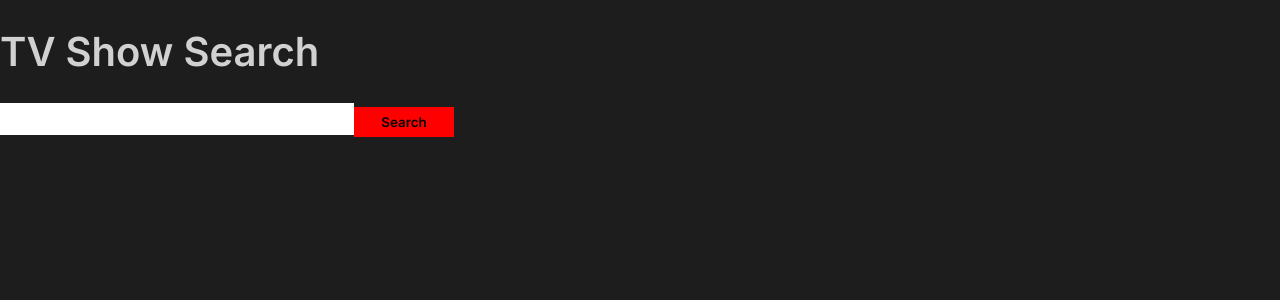
Repository: shayanabedi98/tv-search-react
Page: /
These files come from the project's save history. The page is drawn as it stood at one moment and after a run of saves; the edit follows.
The browser window is 1280 px wide. The pictures show the whole page.
The project was rebuilt for these pictures with package versions that can differ from the ones it lists, and the page was loaded fresh each time. Also part of the build but not shown: vite.config.js.

Above is the page before, as saved 2024-01-02 02:30:08.

### index.html
<!doctype html>
<html lang="en">
  <head>
    <meta charset="UTF-8" />
    <link rel="icon" type="image/svg+xml" href="https://www.svgrepo.com/show/503669/tv.svg" />
    <meta name="viewport" content="width=device-width, initial-scale=1.0" />
    <title>TV Show Search | React</title>
  </head>
  <body>
    <div id="root"></div>
    <script type="module" src="/src/main.jsx"></script>
  </body>
</html>

### src/App.jsx
import { useState } from "react";
import { v4 as uuid } from "uuid";
import List from "./List";
import Search from "./Search";

function App() {
  const [input, setInput] = useState();
  const [showList, setShowList] = useState([]);

  const fetchShow = async () => {
    try {
      if (input) {
        const response = await fetch(
          `https://api.tvmaze.com/search/shows?q=${input}`
        );
        const responseJson = await response.json();
        let newList = [];
        for (let i = 0; i < responseJson.length; i++) {
          if (responseJson[i].show.image) {
            newList.push({
              id: uuid(),
              name: responseJson[i].show.name,
              img: responseJson[i].show.image.medium,
              language: responseJson[i].show.language,
              rating: responseJson[i].show.rating.average,
            });
          }
        }
        setShowList(newList);
        console.log(responseJson);
      }
    } catch (err) {
      console.log(err);
    }
  };

  const handleChange = (e) => {
    setInput(e.target.value);
  };

  return (
    <div>
      <Search fetchShow={fetchShow} input={input} handleChange={handleChange} />
      <List showList={showList} />
    </div>
  );
}

export default App;

### src/index.css
@import url('https://fonts.googleapis.com/css2?family=Inter:wght@600&display=swap');

body {
  font-family: 'Inter', sans-serif;
  margin: 0;
  padding: 0;
  background-color: rgb(29, 29, 29);
  color: rgb(209, 209, 209);
}

.search h1 {
  font-size: 40px;
}

.search input {
  border: none;
  height: 30px;
  width: 350px;
  font-size: 26px;
  outline: none;
}

.search input:focus {
  outline: 2px grey solid;
}

.search button {
  height: 30px;
  width: 100px;
  font-family: 'Inter', sans-serif;
  border: none;
  background-color: red;
}

### src/List.jsx
import React from "react";

const List = ({ showList }) => {
  return (
    <div className="list">
      {showList.length > 0 &&
        showList.map((show) => {
          return (
            <div className="card" key={show.id}>
              <h2>{show.name}</h2>
              <img src={show.img} alt={`cover photo of ${show.name}`} />
              <p>
                <span>Language: </span>
                {show.language}
              </p>
              <p>{show.rating ? `Rating: ${show.rating}⭐` : "Rating: N/A"}</p>
            </div>
          );
        })}
    </div>
  );
};

export default List;

### src/Search.jsx
import React from "react";

const Search = ({ fetchShow, input, handleChange }) => {
  return (
    <div className="search">
        <h1>TV Show Search</h1>
      <div className="search-bar">
        <input
          required
          type="text"
          onKeyDown={(e) => e.key === "Enter" && fetchShow()}
          onChange={handleChange}
          value={input}
        />
        <button onClick={fetchShow}>Search</button>
      </div>
    </div>
  );
};

export default Search;

Loaded but not shown: src/main.jsx (common file)

After the next 2 saves:
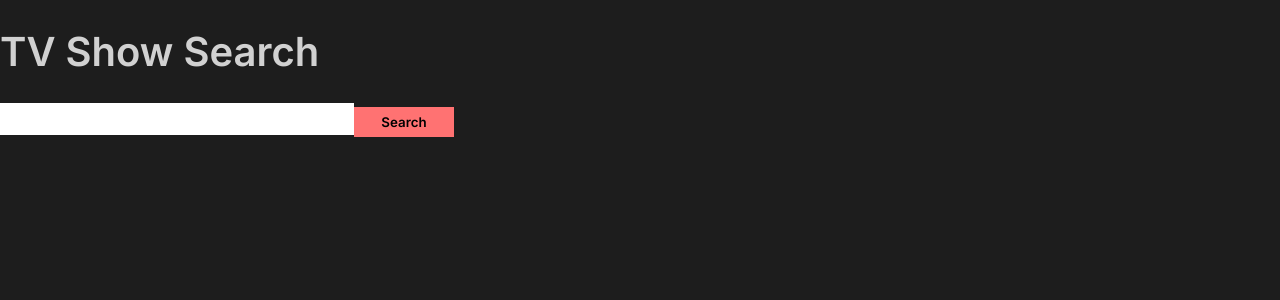
The 2 saves are shown as one change because they came seconds apart.
The last was saved 9 s later.
--- a/src/index.css
+++ b/src/index.css
@@ -29,5 +29,5 @@ body {
   width: 100px;
   font-family: 'Inter', sans-serif;
   border: none;
-  background-color: red;
+  background-color: rgb(255, 114, 114);
 }
